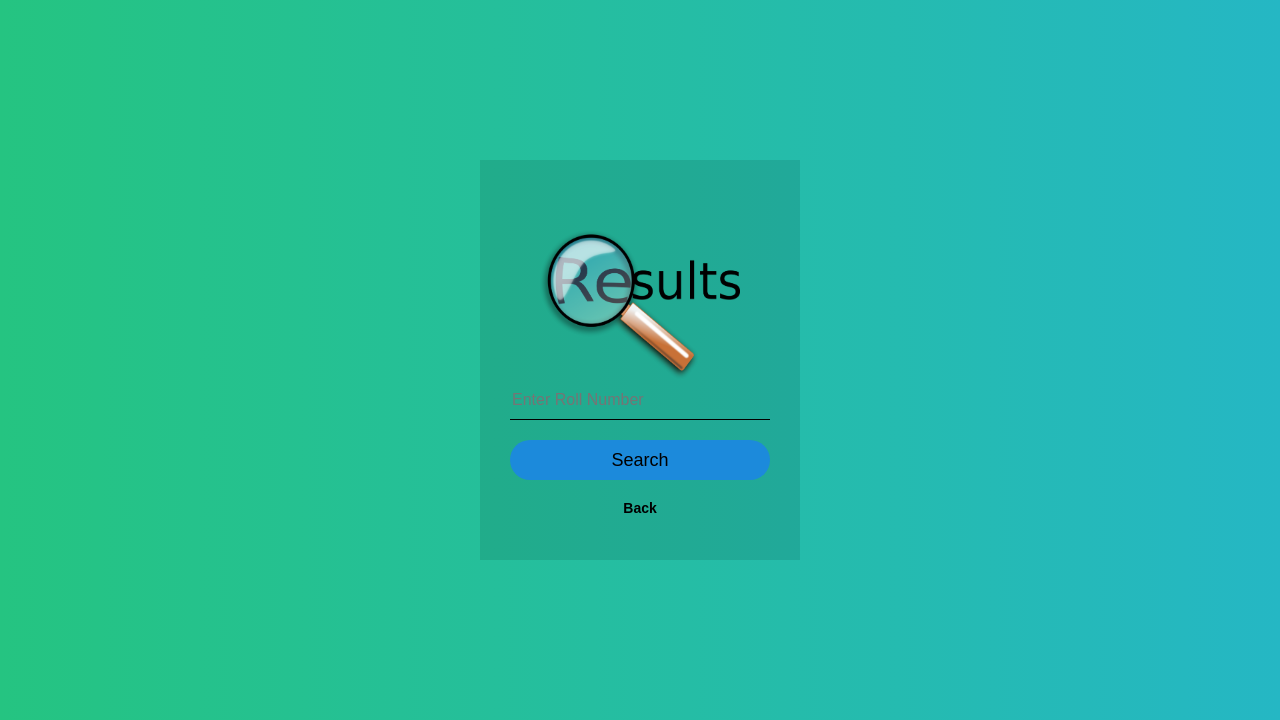
Repository: AlkaDas991/Dbms
Page: Student Record Management/WebContent/dgiOneView.html
An editor plug-in stored every save of this project. The page is shown before and after the next save, followed by the edit.
The browser window is 1280 px wide. The pictures show the whole page.

Above is the page before, as saved 2021-03-12 13:24:59.

### Student Record Management/WebContent/dgiOneView.html
<html>
<head>
<meta http-equiv="Content-Type" content="text/html; charset=ISO-8859-1">
  <link rel="stylesheet" type="text/css" href="style.css">
  <style>.login-box{
    height: 400px;

}</style>
</head>
<body></body>
    <form method="post" action="studentHome.jsp">
    <div class="login-box">
    <center><img src="result.png" width="200" height="150"></center>

            <input type="text" name="rollNo" placeholder="Enter Roll Number" required="required">
            <input type="submit" name="submit" value="Search">
            </form>
              <center><h1><a href="index.html">Back</a></h1></center>
        </div>

</html>

### Student Record Management/WebContent/style.css

@import url(https://fonts.googleapis.com/css?family=Roboto:400,500,300,700);
body{
	background: -webkit-linear-gradient(left, #25c481, #25b7c4);
  	background-color: linear-gradient(to right, #25c481, #25b7c4);
  	font-family: 'Roboto', sans-serif;
    margin: 0;
    padding: 0;
    background-size: cover;
    background-position: center;
    font-family: sans-serif;
}
.login-box{
    width: 320px;
    height: 450px;
    background: rgba(0, 0, 0, 0.1);
    color: #fff;
    top: 50%;
    left: 50%;
    position: absolute;
    transform: translate(-50%,-50%);
   box-sizing: border-box;
    padding: 70px 30px;
}
.avatar{
    width: 100px;
    height: 100px;
    position: absolute;
    top: -50px;
    left: calc(50% - 50px);
}
h1{
    margin: 0;
    padding: 0 0 20px;
    text-align: center;
    font-size: 22px;
    color:black;
}
.login-box p{
    margin: 0;
    padding: 0;
    font-weight: bold;
}
.login-box input{
    width: 100%;
    margin-bottom: 20px;
}
.login-box input[type="text"], input[type="password"],input[type="number"],input[type="email"]
{
    border: none;
    border-bottom: 1px solid black;
    background: transparent;
    outline: none;
    height: 40px;
    color: black;
    font-size: 16px;
}
.login-box input[type="submit"]
{
    border: none;
    outline: none;
    height: 40px;
    background: #1c8adb;
    color: black;
    font-size: 18px;
    border-radius: 20px;
}
.login-box input[type="submit"]:hover
{
    cursor: pointer;
    background: #39dc79;
    color: #000;
}

.login-box a{
    text-decoration: none;
    font-size: 14px;
    color: black;
}
.login-box a:hover
{
    color: #39dc79;
}
h2
{
	color:black;
}

After the next save:
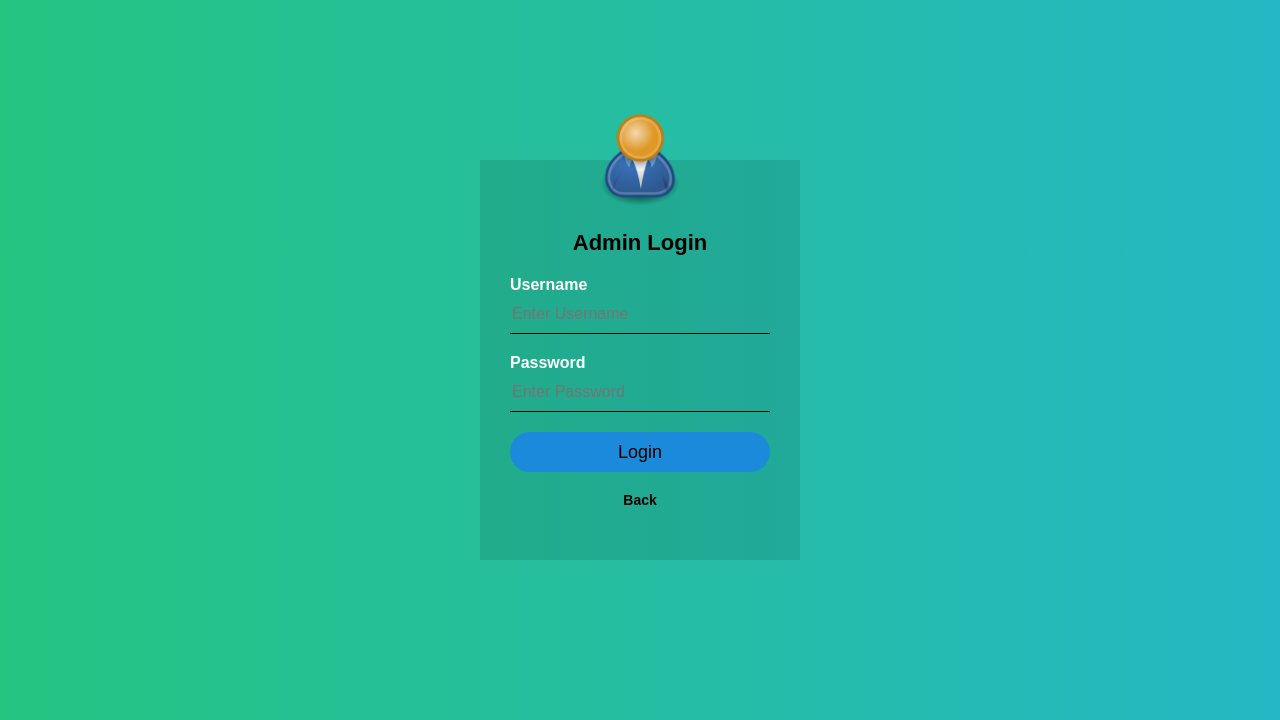
Saved 11 min 1 s later.
--- a/Student Record Management/WebContent/dgiOneView.html
+++ b/Student Record Management/WebContent/dgiOneView.html
@@ -7,15 +7,18 @@
 
 }</style>
 </head>
-<body></body>
-    <form method="post" action="studentHome.jsp">
+<body>
+    <form action="adminLogin" method ="post">
     <div class="login-box">
-    <center><img src="result.png" width="200" height="150"></center>
-
-            <input type="text" name="rollNo" placeholder="Enter Roll Number" required="required">
-            <input type="submit" name="submit" value="Search">
-            </form>
-              <center><h1><a href="index.html">Back</a></h1></center>
-        </div>
-
+    <img src="user.png" class="avatar">
+        <h1>Admin Login</h1>
+            <p>Username</p>
+            <input type="text" name="username" placeholder="Enter Username" required="required">
+            <p>Password</p>
+            <input type="password" name="password" placeholder="Enter Password" required="required">
+            <input type="submit" name="submit" value="Login">
+            <center><h1><a href="index.html">Back</a></h1></center>
+     </div>
+      </form>
+    </body>
 </html>
